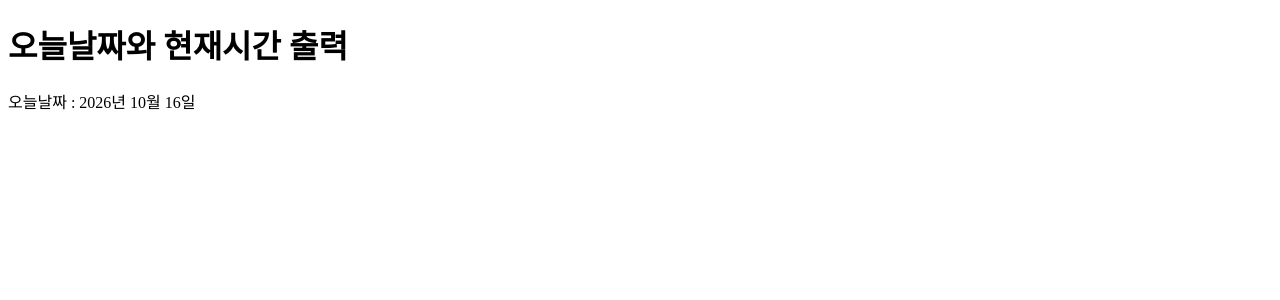
Repository: kkj68106810-dot/jsp2026
Page: http://localhost/chapter01/test04.jsp
An editor plug-in stored every save of this project. The page is shown before and after a run of saves, followed by the edit.
The browser window is 1280 px wide. The pictures show the whole page.
The page is served by Tomcat 9.

Above is the page before, as saved 2026-10-16 02:46:01.

### chapter01/src/main/webapp/test04.jsp
<%@ page language="java" contentType="text/html; charset=UTF-8"
    pageEncoding="UTF-8" import="java.util.*" %>
<!DOCTYPE html>
<html>
<head>
<meta charset="UTF-8">
<title>Insert title here</title>
</head>
<body>
	<h1>오늘날짜와 현재시간 출력</h1>
	<%
		Date today = new Date();
		int year = today.getYear()+1900;
		int month = today.getMonth()+1;
		int day = today.getDate();
	%>

	오늘날짜 : <%=year+"년 " + month + "월 " + day+"일" %>


</body>
</html>

After the next 2 saves:
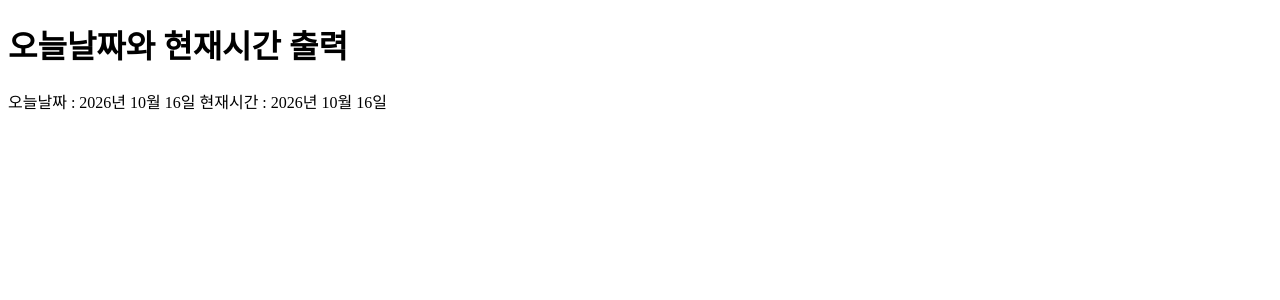
The 2 saves are shown as one change because 1 did not build or start.
The last was saved 107 s later.
--- a/chapter01/src/main/webapp/test04.jsp
+++ b/chapter01/src/main/webapp/test04.jsp
@@ -13,10 +13,13 @@
 		int year = today.getYear()+1900;
 		int month = today.getMonth()+1;
 		int day = today.getDate();
+		int hour = today.getHours();
+		int second = today.getSeconds();
+		int minute = today.getMinutes();
 	%>
 
 	오늘날짜 : <%=year+"년 " + month + "월 " + day+"일" %>
-
+	현재시간 : <%=year+"년 " + month + "월 " + day+"일" %>
 
 </body>
 </html>
